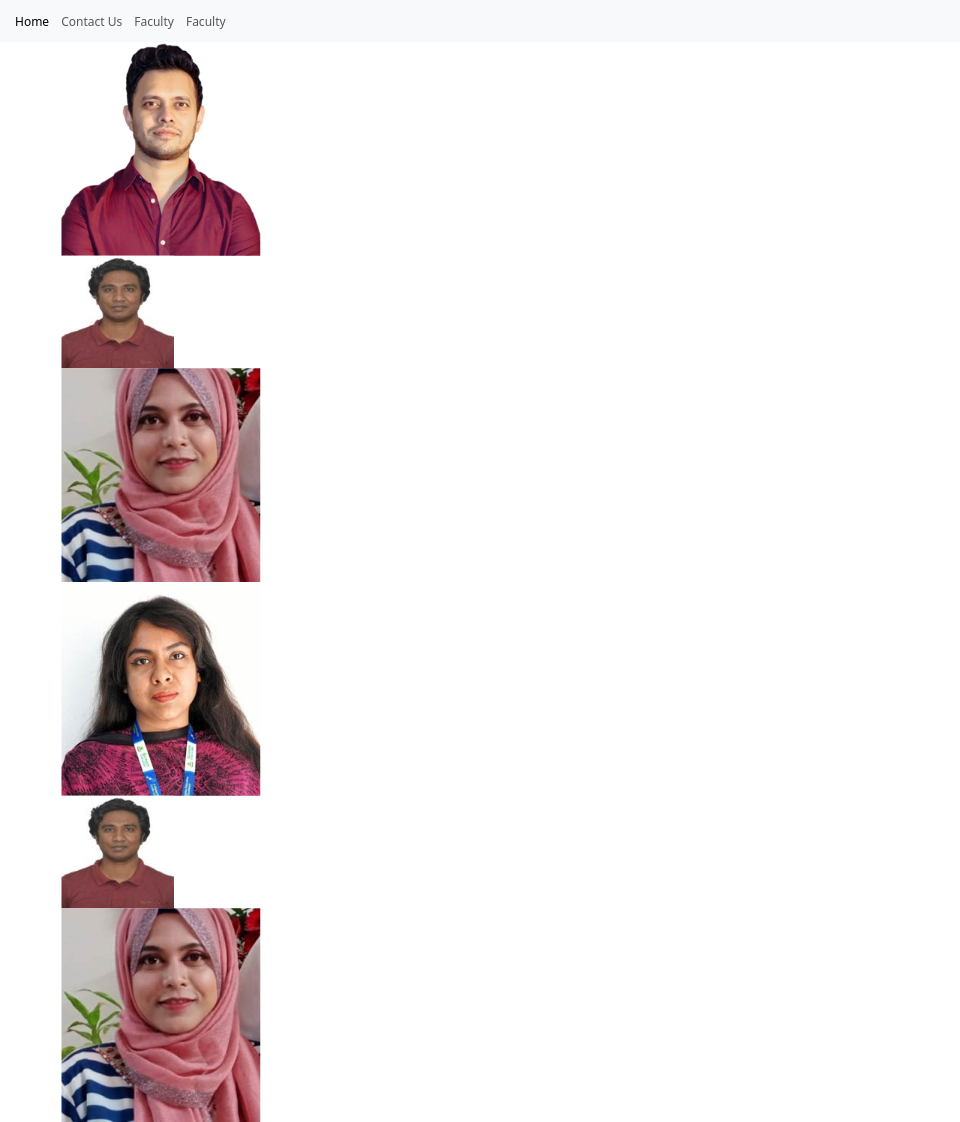
Repository: arafatmollah/cetl
Page: Faculty.html
An editor plug-in stored every save of this project. The page is shown before and after the next save, followed by the edit.
The browser window is 1280 px wide. The pictures show the whole page, at 75% of full size.

Above is the page before, as saved 2023-05-17 21:31:48.

After the next save:
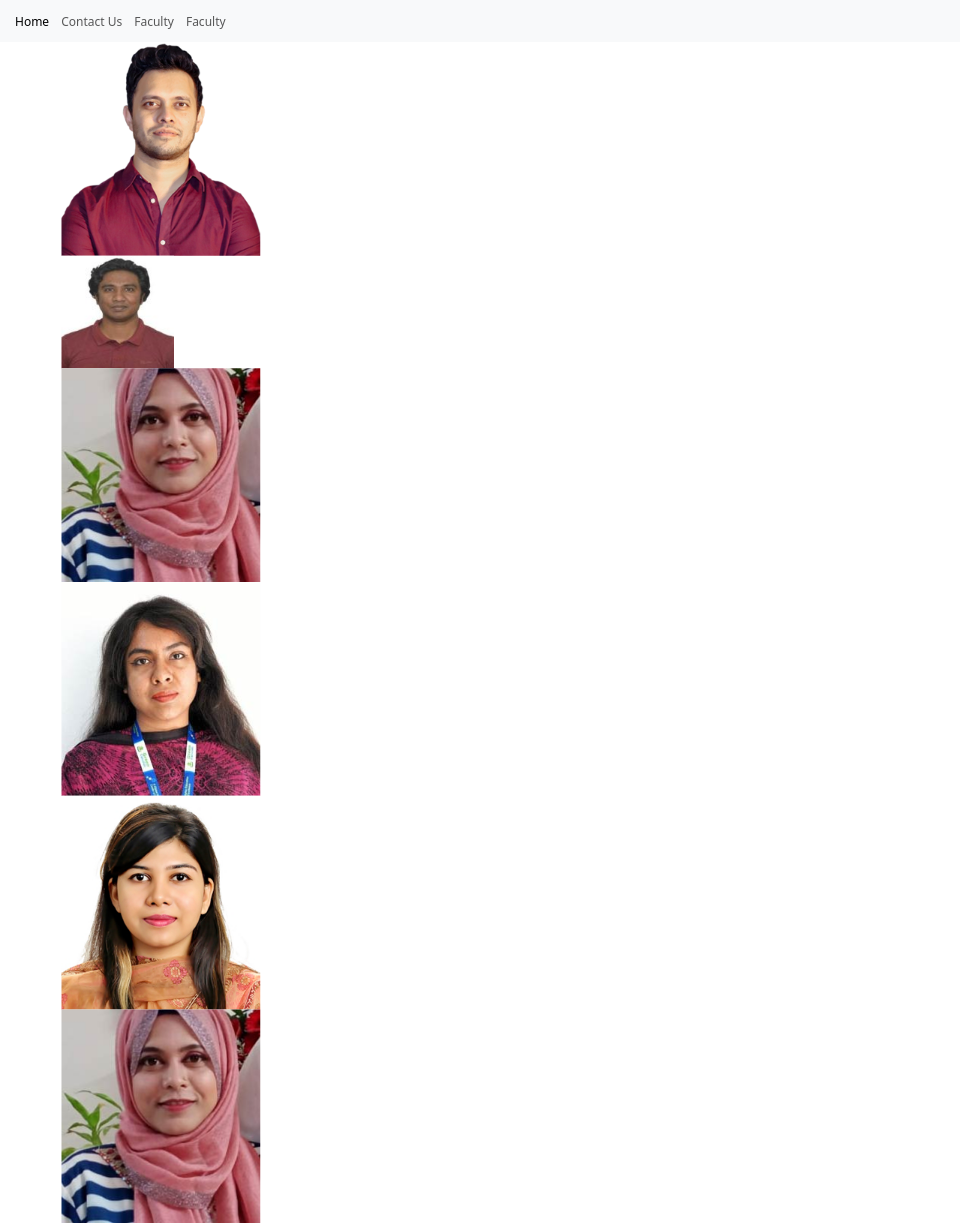
Saved 11 s later.
--- a/Faculty.html
+++ b/Faculty.html
@@ -47,7 +47,7 @@
                 <img src="image/Noshin-Afroz.jpg" class="img-fluid">
             </div>
             <div class="cold-md-4">
-                <img src="image/Rony-Sir-Photograph-150x150.jpg" class="img-fluid">
+                <img src="image/Bus-Faculty.png" class="img-fluid">
             </div>
             <div class="cold-md-4">
                 <img src="image/arifa-mem.jpg" class="img-fluid">
